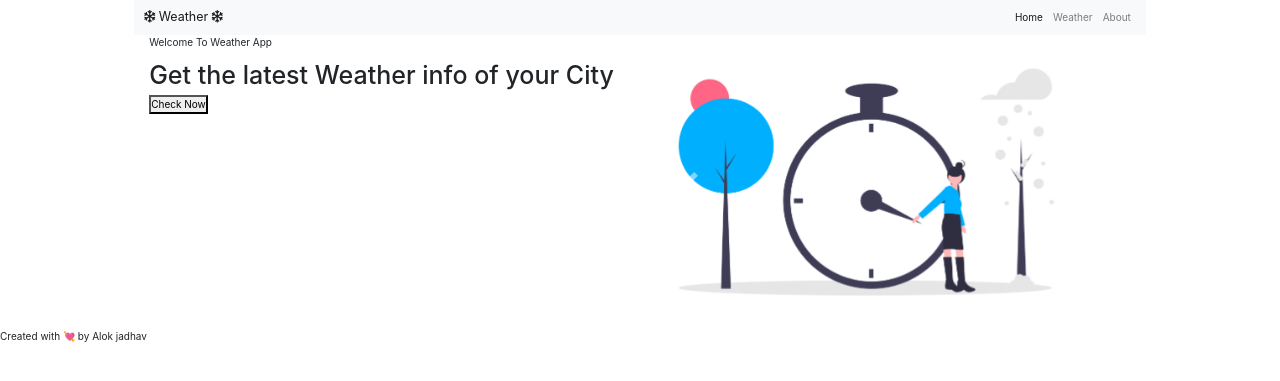
Repository: AalokJadhav/Weather_App
Page: public/index.html
These files come from the project's save history. The page is drawn as it stood at one moment and after the next save; the edit follows.
The browser window is 1280 px wide. The pictures show the whole page.
Some web fonts or font styles are not loaded; a fallback is used. Some web libraries are served in a nearby version.

Above is the page before, as saved 2020-11-15 11:36:35.

After the next save:
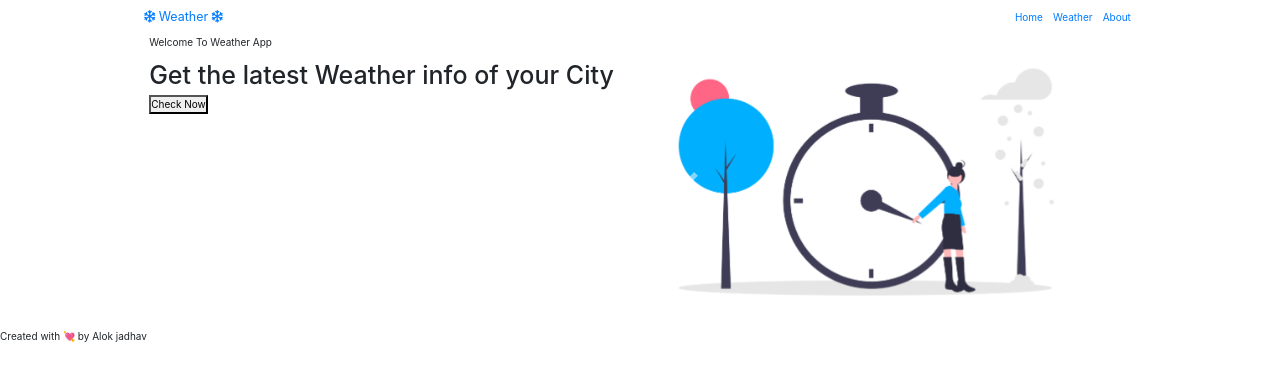
Saved 2 min 0 s later.
--- a/public/index.html
+++ b/public/index.html
@@ -26,7 +26,7 @@
     <div class="container-fluid main-menu">
         <div class="row">
             <div class="col-md-10 col-12 mx-auto">
-                <nav class="navbar navbar-expand-lg navbar-light bg-light">
+                <nav class="navbar navbar-expand-lg">
                     <a class="navbar-brand" href="#"><i class="far fa-snowflake"></i> Weather <i
                             class="far fa-snowflake"></i></a>
                     <button class="navbar-toggler" type="button" data-toggle="collapse"
